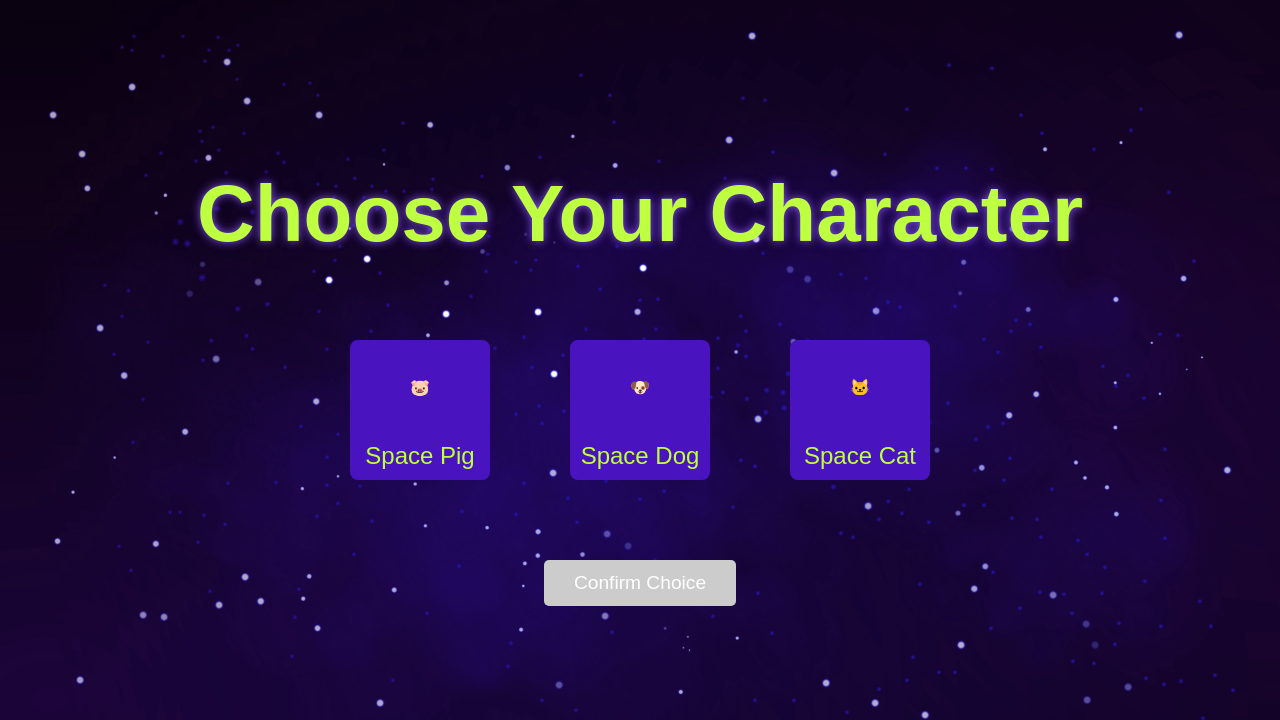
Repository: brunaguarizo/SpaceFarm
Page: index.html
An editor plug-in stored every save of this project. The page is shown before and after the next save, followed by the edit.
The browser window is 1280 px wide. The pictures show the whole page.
Some web fonts or font styles are not loaded; a fallback is used.

Above is the page before, as saved 2025-04-24 11:21:55.

### index.html
<!DOCTYPE html>
<html lang="en">
    <head>
        <meta charset="UTF-8" />
        <meta
            name="viewport"
            content="width=device-width, initial-scale=1.0" />
        <title>Space Animals Game</title>
        <link
            rel="stylesheet"
            href="styles.css" />

        <link
            rel="preconnect"
            href="https://fonts.googleapis.com" />
        <link
            rel="preconnect"
            href="https://fonts.gstatic.com"
            crossorigin />
        <link
            href="https://fonts.googleapis.com/css2?family=Ranchers&display=swap"
            rel="stylesheet" />
    </head>
    <body>
        <div id="game-container">
            <!-- Character Selection Screen -->
            <div id="character-select">
                <h1>Choose Your Character</h1>
                <div class="character-options">
                    <div
                        class="character-option"
                        data-character="pig">
                        <div class="character-icon">🐷</div>
                        <div class="character-label">Space Pig</div>
                    </div>
                    <div
                        class="character-option"
                        data-character="dog">
                        <div class="character-icon">🐶</div>
                        <div class="character-label">Space Dog</div>
                    </div>
                    <div
                        class="character-option"
                        data-character="cat">
                        <div class="character-icon">🐱</div>
                        <div class="character-label">Space Cat</div>
                    </div>
                </div>
                <button
                    id="confirm-btn"
                    disabled>
                    Confirm Choice
                </button>
            </div>

            <!-- Game Screen -->
            <div id="game-screen">
                <div id="player"></div>
                <div id="score-container">
                    <div id="score">Score: 0</div>
                    <button id="pause-btn">Pause</button>
                </div>
            </div>

            <!-- Pause Screen -->
            <div id="pause-screen">
                <h2>Game Paused</h2>
                <button id="resume-btn">Resume</button>
            </div>

            <!-- Game Over Screen -->
            <div id="game-over">
                <h2>Game Over</h2>
                <div id="final-score">Score: 0</div>
                <button id="restart-btn">Play Again</button>
            </div>
        </div>

        <script src="script.js"></script>
    </body>
</html>

### styles.css
body {
    margin: 0;
    padding: 0;
    overflow: hidden;
    font-family: var(--font-family);
    background-color: var(--mid-green);
}

#game-container {
    position: relative;
    width: 100vw;
    height: 100vh;
    background-image: url("img/space-bg.jpg");
    background-size: cover;
    overflow: hidden;
}

/* Character Selection Screen */
#character-select {
    position: absolute;
    width: 100%;
    height: 100%;
    display: flex;
    flex-direction: column;
    justify-content: center;
    align-items: center;
    z-index: 10;
}

#character-select h1 {
    color: var(--light-green);
    font-size: var(--header);
    margin-bottom: var(--space-extra-large);
    text-shadow: 0 0 10px var(--mid-purple);
}

.character-options {
    display: flex;
    gap: var(--space-extra-large);
    margin-bottom: var(--space-extra-large);
}

.character-option {
    width: var(--space-huge);
    height: var(--space-huge);
    background-color: var(--dark-purple);
    border-radius: var(--space-small);
    display: flex;
    flex-direction: column;
    align-items: center;
    justify-content: center;
    cursor: pointer;
    transition: transform 0.3s, box-shadow 0.3s;
    padding: var(--space-small);
    border: 2px solid transparent;
}

.character-option:hover {
    transform: scale(1.05);
    box-shadow: 0 0 15px var(--light-purple);
}

.character-option.selected {
    border-color: var(--light-green);
    box-shadow: 0 0 20px var(--light-green);
}

.character-icon {
    width: 100px;
    height: 100px;
    display: flex;
    justify-content: center;
    align-items: center;
}

.character-label {
    color: var(--light-green);
    font-size: var(--text);
    margin-top: var(--space-regular);
}

#confirm-btn {
    padding: 12px 30px;
    background-color: #4caf50;
    color: white;
    border: none;
    border-radius: 5px;
    font-size: 1.2rem;
    cursor: pointer;
    transition: background-color 0.3s;
}

#confirm-btn:hover {
    background-color: #45a049;
}

#confirm-btn:disabled {
    background-color: #cccccc;
    cursor: not-allowed;
}

/* Game Screen */
#game-screen {
    display: none;
    position: absolute;
    width: 100%;
    height: 100%;
}

#player {
    position: absolute;
    width: 60px;
    height: 60px;
    left: 100px;
    top: 50%;
    transform: translateY(-50%);
    font-size: 50px;
    line-height: 1;
    z-index: 5;
}

.asteroid {
    position: absolute;
    font-size: 30px;
    color: #aaa;
}

#score-container {
    position: absolute;
    top: 20px;
    right: 20px;
    display: flex;
    align-items: center;
    gap: 20px;
    z-index: 5;
}

#score {
    color: white;
    font-size: 24px;
    font-weight: bold;
    background-color: rgba(0, 0, 0, 0.5);
    padding: 10px 20px;
    border-radius: 10px;
}

#pause-btn {
    background-color: rgba(0, 0, 0, 0.5);
    color: white;
    border: none;
    border-radius: 5px;
    font-size: 18px;
    padding: 10px 15px;
    cursor: pointer;
    transition: background-color 0.3s;
}

#pause-btn:hover {
    background-color: rgba(0, 0, 0, 0.7);
}

/* Game Over Screen */
#game-over {
    display: none;
    position: absolute;
    top: 0;
    left: 0;
    width: 100%;
    height: 100%;
    background-color: rgba(0, 0, 0, 0.8);
    z-index: 15;
    flex-direction: column;
    justify-content: center;
    align-items: center;
}

#game-over h2 {
    color: #ff3333;
    font-size: 3.5rem;
    margin-bottom: 1rem;
    text-shadow: 0 0 10px rgba(255, 0, 0, 0.5);
}

#final-score {
    color: white;
    font-size: 2rem;
    margin-bottom: 2rem;
}

#restart-btn {
    padding: 12px 30px;
    background-color: #3366ff;
    color: white;
    border: none;
    border-radius: 5px;
    font-size: 1.2rem;
    cursor: pointer;
    transition: background-color 0.3s;
}

#restart-btn:hover {
    background-color: #2952cc;
}

/* Utility Classes */
.invisible {
    opacity: 0;
}

/* Pause Screen */
#pause-screen {
    display: none;
    position: absolute;
    top: 0;
    left: 0;
    width: 100%;
    height: 100%;
    background-color: rgba(0, 0, 0, 0.7);
    z-index: 12;
    flex-direction: column;
    justify-content: center;
    align-items: center;
    color: white;
}

#pause-screen h2 {
    font-size: 3rem;
    margin-bottom: 2rem;
}

#resume-btn {
    padding: 12px 30px;
    background-color: #4caf50;
    color: white;
    border: none;
    border-radius: 5px;
    font-size: 1.2rem;
    cursor: pointer;
    transition: background-color 0.3s;
}

#resume-btn:hover {
    background-color: #45a049;
}

/* --------------------------- variables  --------------------------- */
:root {
    --font-family: "Ranchers", sans-serif;
    --header: 80px;
    --text: 24px;

    --light-green: #bfff41;
    --mid-green: #a3de1a;
    --dark-green: #46b800;
    --light-pink: #ffc2ec;
    --mid-pink: #f0429c;
    --dark-pink: #910b64;
    --light-purple: #dcccff;
    --mid-purple: #8655ef;
    --dark-purple: #4913bf;

    --space-extra-small: 4px;
    --space-small: 8px;
    --space-regular: 16px;
    --space-medium: 32px;
    --space-large: 48px;
    --space-extra-large: 80px;
    --space-huge: 120px;
}

### script.js
// Game variables
let selectedCharacter = "";
let score = 0;
let playerElement;
let gameRunning = false;
let isPaused = false;
let playerY;
let asteroids = [];
let gameLoopInterval;
let asteroidInterval;
let gameHeight;
let gameWidth;

// Character emoji mapping
const characterEmojis = {
    pig: "🐷",
    dog: "🐶",
    cat: "🐱",
};

// Asteroid options
const asteroidOptions = ["🌑", "☄️", "🪨", "💫"];

// DOM elements
const characterOptions = document.querySelectorAll(".character-option");
const confirmBtn = document.getElementById("confirm-btn");
const characterSelectScreen = document.getElementById("character-select");
const gameScreen = document.getElementById("game-screen");
const pauseBtn = document.getElementById("pause-btn");
const pauseScreen = document.getElementById("pause-screen");
const resumeBtn = document.getElementById("resume-btn");
const gameOverScreen = document.getElementById("game-over");
const finalScoreDisplay = document.getElementById("final-score");
const restartBtn = document.getElementById("restart-btn");
const scoreDisplay = document.getElementById("score");

// Initialize the game
function init() {
    // Character selection event listeners
    characterOptions.forEach((option) => {
        option.addEventListener("click", () => {
            // Remove selected class from all options
            characterOptions.forEach((opt) => opt.classList.remove("selected"));
            // Add selected class to clicked option
            option.classList.add("selected");
            // Store selected character
            selectedCharacter = option.dataset.character;
            // Enable confirm button
            confirmBtn.disabled = false;
        });
    });

    // Confirm button event listener
    confirmBtn.addEventListener("click", startGame);

    // Pause button event listener
    pauseBtn.addEventListener("click", togglePause);

    // Resume button event listener
    resumeBtn.addEventListener("click", togglePause);

    // Restart button event listener
    restartBtn.addEventListener("click", restartGame);

    // Keyboard event listeners
    document.addEventListener("keydown", handleKeyPress);
}

// Start the game
function startGame() {
    // Hide character selection screen
    characterSelectScreen.style.display = "none";
    // Show game screen
    gameScreen.style.display = "block";

    // Set up player
    playerElement = document.getElementById("player");
    playerElement.innerHTML = characterEmojis[selectedCharacter];

    // Initialize variables
    gameHeight = window.innerHeight;
    gameWidth = window.innerWidth;
    score = 0;
    updateScore();
    playerY = gameHeight / 2;
    gameRunning = true;
    isPaused = false;
    asteroids = [];

    // Position player
    updatePlayerPosition();

    // Start game loop
    gameLoopInterval = setInterval(gameLoop, 16); // ~60fps

    // Start spawning asteroids
    spawnAsteroid(); // Spawn first asteroid immediately
    asteroidInterval = setInterval(spawnAsteroid, 1500); // Then every 1.5 seconds
}

// Game loop
function gameLoop() {
    if (!gameRunning || isPaused) return;

    // Move asteroids
    moveAsteroids();

    // Check collisions
    checkCollisions();
}

// Handle keyboard input
function handleKeyPress(e) {
    if (!gameRunning || isPaused) return;

    const moveDistance = 20;

    if (e.key === "ArrowUp" || e.key === "w") {
        // Move up
        playerY = Math.max(50, playerY - moveDistance);
        updatePlayerPosition();
    } else if (e.key === "ArrowDown" || e.key === "s") {
        // Move down
        playerY = Math.min(gameHeight - 50, playerY + moveDistance);
        updatePlayerPosition();
    }
}

// Update player position on screen
function updatePlayerPosition() {
    playerElement.style.top = `${playerY}px`;
}

// Spawn a new asteroid
function spawnAsteroid() {
    if (!gameRunning || isPaused) return;

    // Create asteroid element
    const asteroid = document.createElement("div");
    asteroid.classList.add("asteroid");

    // Set random asteroid type
    const asteroidType =
        asteroidOptions[Math.floor(Math.random() * asteroidOptions.length)];
    asteroid.innerHTML = asteroidType;

    // Set random position (y-axis)
    const asteroidY = Math.random() * (gameHeight - 100) + 50;

    // Set asteroid properties
    asteroid.style.left = `${gameWidth}px`;
    asteroid.style.top = `${asteroidY}px`;

    // Add to game screen
    gameScreen.appendChild(asteroid);

    // Add to asteroids array
    asteroids.push({
        element: asteroid,
        x: gameWidth,
        y: asteroidY,
        speed: Math.random() * 3 + 5, // Random speed between 5-8
        passed: false,
    });
}

// Move all asteroids
function moveAsteroids() {
    for (let i = asteroids.length - 1; i >= 0; i--) {
        const asteroid = asteroids[i];

        // Move asteroid
        asteroid.x -= asteroid.speed;
        asteroid.element.style.left = `${asteroid.x}px`;

        // Check if asteroid passed the player
        if (!asteroid.passed && asteroid.x < 100) {
            asteroid.passed = true;
            score += 10;
            updateScore();
        }

        // Remove asteroid if it's off-screen
        if (asteroid.x < -50) {
            gameScreen.removeChild(asteroid.element);
            asteroids.splice(i, 1);
        }
    }
}

// Check for collisions
function checkCollisions() {
    const playerRect = {
        x: 100,
        y: playerY - 30,
        width: 60,
        height: 60,
    };

    for (const asteroid of asteroids) {
        const asteroidRect = {
            x: asteroid.x,
            y: asteroid.y - 15,
            width: 30,
            height: 30,
        };

        // Check if player and asteroid rectangles intersect
        if (
            playerRect.x < asteroidRect.x + asteroidRect.width &&
            playerRect.x + playerRect.width > asteroidRect.x &&
            playerRect.y < asteroidRect.y + asteroidRect.height &&
            playerRect.y + playerRect.height > asteroidRect.y
        ) {
            // Collision detected
            gameOver();
            return;
        }
    }
}

// Update score display
function updateScore() {
    scoreDisplay.textContent = `Score: ${score}`;
}

// Toggle pause state
function togglePause() {
    isPaused = !isPaused;

    if (isPaused) {
        pauseScreen.style.display = "flex";
    } else {
        pauseScreen.style.display = "none";
    }
}

// Game over
function gameOver() {
    gameRunning = false;

    // Clear intervals
    clearInterval(gameLoopInterval);
    clearInterval(asteroidInterval);

    // Update final score
    finalScoreDisplay.textContent = `Score: ${score}`;

    // Show game over screen
    gameOverScreen.style.display = "flex";
}

// Restart game
function restartGame() {
    // Clear asteroids
    asteroids.forEach((asteroid) => {
        if (asteroid.element.parentNode) {
            asteroid.element.parentNode.removeChild(asteroid.element);
        }
    });

    // Hide game over screen
    gameOverScreen.style.display = "none";

    // Go back to character selection
    gameScreen.style.display = "none";
    characterSelectScreen.style.display = "flex";

    // Reset character selection
    characterOptions.forEach((opt) => opt.classList.remove("selected"));
    confirmBtn.disabled = true;
    selectedCharacter = "";
}

// Initialize the game when the page loads
window.addEventListener("load", init);

After the next save:
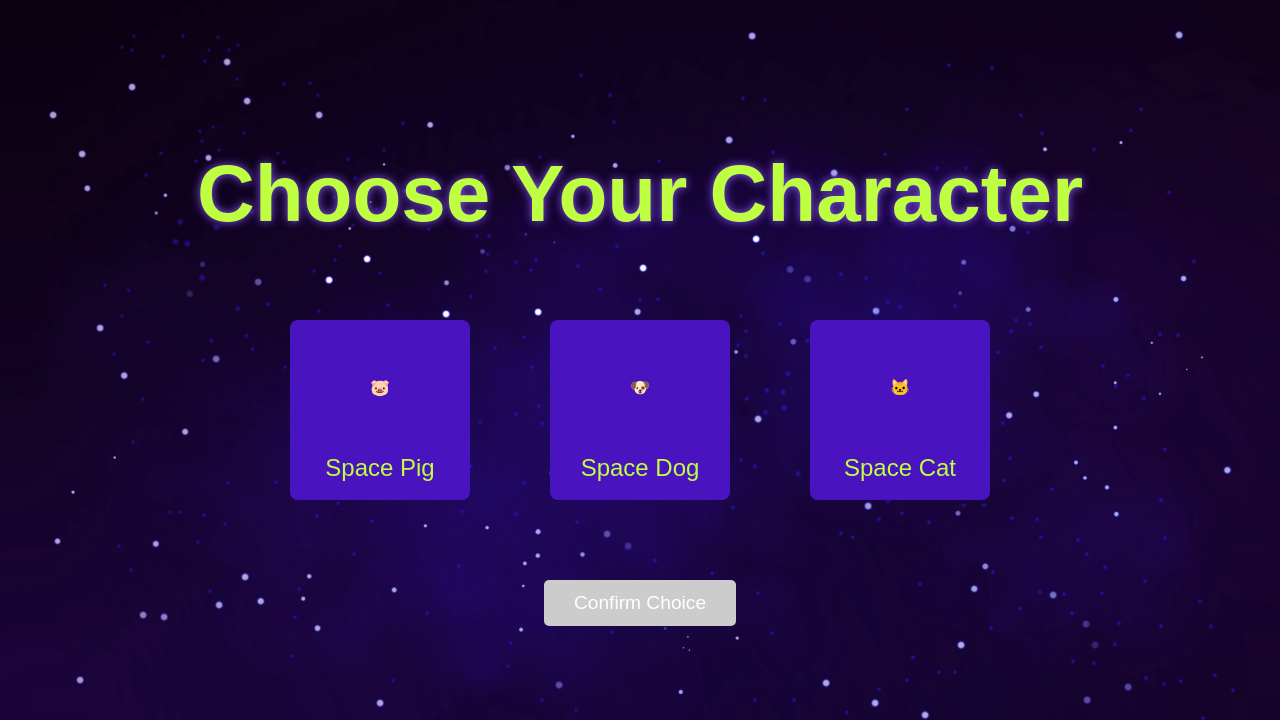
Saved 6 s later.
--- a/styles.css
+++ b/styles.css
@@ -265,5 +265,5 @@ body {
     --space-medium: 32px;
     --space-large: 48px;
     --space-extra-large: 80px;
-    --space-huge: 120px;
-}
+    --space-huge: 160px;
+}
